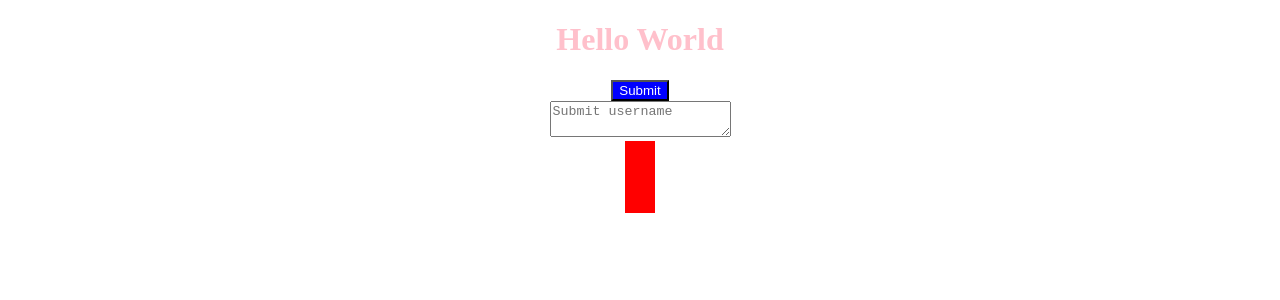
Repository: Flamemaster921/Feature-Showcase
Page: Index/firstPage/Website.html
An editor plug-in stored every save of this project. The page is shown before and after the next save, followed by the edit.
The browser window is 1280 px wide. The pictures show the whole page.

Above is the page before, as saved 2025-12-15 12:34:44.

After the next save:
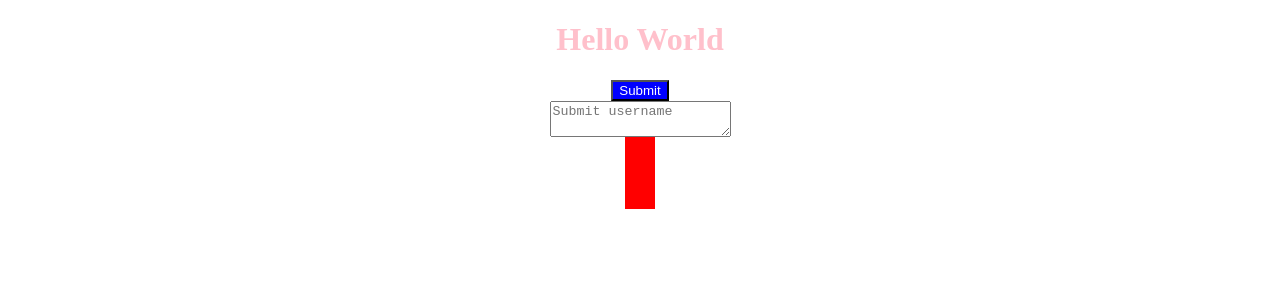
Saved 12 s later.
--- a/Index/firstPage/Design.css
+++ b/Index/firstPage/Design.css
@@ -27,7 +27,7 @@
 
 .color-bar {
     display: flex;
-    margin: 4px auto;
+    margin: 0 auto;
     width: 30px;
     height: 10svh;
     background-color: red;
